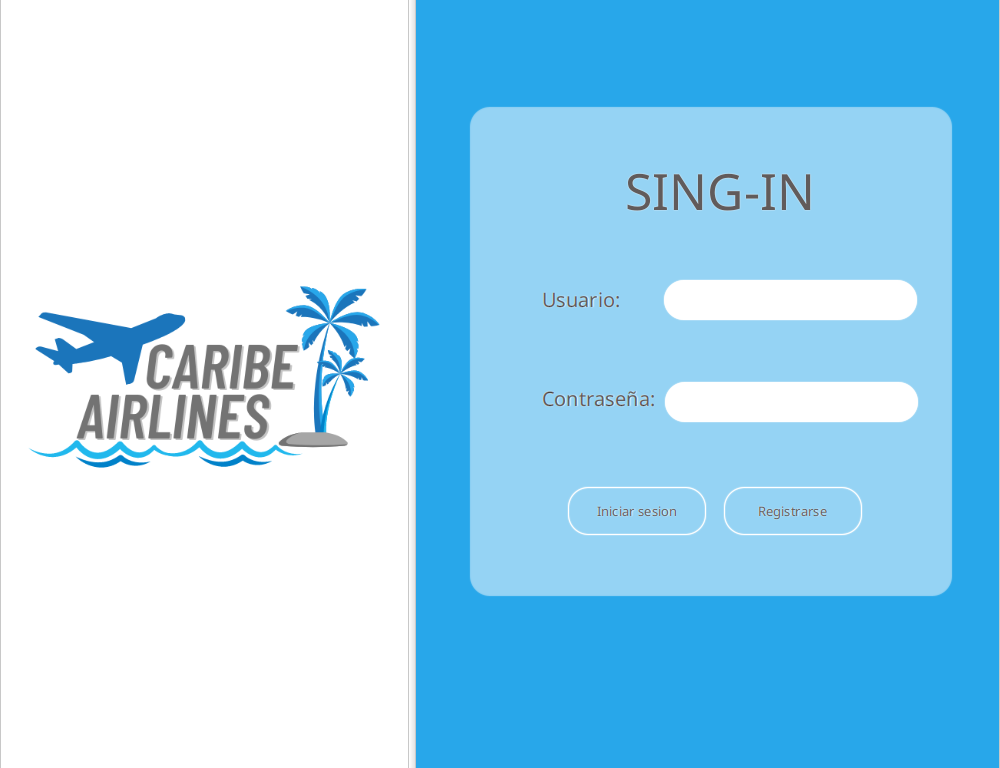
Repository: MiguelNietox/CaribeAirlines
Program's window: java workSpace/co.edu.uniquindio.estructurasDatos.ProyectoFinal/src/co/edu/uniquindio/estructurasDatos/ProyectoFinal/aplication/Aplicacion.java
These files come from the project's save history. The program's window is drawn as it stood at one moment and after the next save; the edit follows.
It runs on Java 21 on a 1366 x 768 screen with JavaFX 11; the title bar is not drawn. Parts beyond the screen are cut off. It also reads workSpace/co.edu.uniquindio.estructurasDatos.ProyectoFinal/src/co/edu/uniquindio.

Above is the program's window before, as saved 2022-04-29 07:08:37.

### workSpace/co.edu.uniquindio.estructurasDatos.ProyectoFinal/src/co/edu/uniquindio/estructurasDatos/ProyectoFinal/aplication/Aplicacion.java
package co.edu.uniquindio.estructurasDatos.ProyectoFinal.aplication;

import java.io.IOException;

import co.edu.uniquindio.estructurasDatos.ProyectoFinal.controllers.LoginViewController;
import javafx.application.Application;
import javafx.fxml.FXMLLoader;
import javafx.scene.Scene;
import javafx.scene.layout.AnchorPane;
import javafx.stage.Stage;

public class Aplicacion extends Application {

	//Atributos de la clase Aplicacion

	private Stage stage;

	//Metodo Star de la clase Aplicacion

	@Override
	public  void start(Stage primaryStage) throws Exception {

		this.stage = primaryStage;
		this.stage.setTitle("Marketplace Online");

		mostrarVentanaLogin();
	}

	/**
	 * Este es el metodo main de la clase aplicacion
	 * @param args
	 */
	public static void main(String[] args) {
		launch(args);
	}

	//-------------------------------------------------Metodos-De-Interfaces--------------------------------------------------------

	/**
	 * Este metodo muestra la interface de login de la aplicacion
	 */
	public void mostrarVentanaLogin() {

		try {
			FXMLLoader loader = new FXMLLoader();
			loader.setLocation(Aplicacion.class.getResource("../views/loginView.fxml"));

			AnchorPane rootLayout =  loader.load();

			LoginViewController loginViewController = loader.getController();
			loginViewController.setAplicacion(this);

			Scene scene = new Scene(rootLayout);
			scene.getStylesheets().add(getClass().getResource("../aplication/application.css").toExternalForm());
			stage.setScene(scene);
			stage.show();



		} catch (IOException e) {
			// TODO Auto-generated catch block
			e.printStackTrace();
		}
	}
}

### workSpace/co.edu.uniquindio.estructurasDatos.ProyectoFinal/src/co/edu/uniquindio/estructurasDatos/ProyectoFinal/controllers/LoginViewController.java
package co.edu.uniquindio.estructurasDatos.ProyectoFinal.controllers;


import co.edu.uniquindio.estructurasDatos.ProyectoFinal.aplication.Aplicacion;
import java.net.URL;
import java.util.ResourceBundle;

import javafx.animation.FadeTransition;
import javafx.animation.Interpolator;
import javafx.animation.TranslateTransition;
import javafx.event.ActionEvent;
import javafx.fxml.FXML;
import javafx.scene.control.Button;
import javafx.scene.control.ComboBox;
import javafx.scene.control.PasswordField;
import javafx.scene.control.TextField;
import javafx.scene.layout.Pane;
import javafx.util.Duration;

public class LoginViewController {

    @FXML
    private ResourceBundle resources;

    @FXML
    private URL location;

    @FXML
    private Button btnIniciarSesion;

    @FXML
    private TextField txtNickUsuario;

    @FXML
    private ComboBox<String> comboTipoUsuarioRegistro;

    @FXML
    private PasswordField textContraseña;

    @FXML
    private TextField txtNombreUsuarioRegistro;

    @FXML
    private Button btnCancelar;

    @FXML
    private Pane paneIniciarSesion;

    @FXML
    private Pane paneRegistro;

    @FXML
    private Button btnRegistrar;

    @FXML
    private Button btnRegistrarse;

    @FXML
    private PasswordField txtContraseñaRegistro;

    @FXML
    void iniciarSesionAction(ActionEvent event) {

    }

    @FXML
    void registrarAction(ActionEvent event) {

    }

    @FXML
    void registrarseAction(ActionEvent event) {
    	mostrarPaneRegistro();
    }

    @FXML
    void cancelarAction(ActionEvent event) {
    	mostrarPaneIniciarSesion();
    }

	@FXML
    void initialize() {
		mostrarPaneIniciarSesion();


    }

	public void setAplicacion(Aplicacion aplicacion) {
		mostrarPaneIniciarSesion();
	}

	private void mostrarPaneRegistro() {
		paneRegistro.setTranslateX(-2);
		paneRegistro.setTranslateY(100);
		paneIniciarSesion.setVisible(false);
		paneRegistro.setVisible(true);
		aparecerVentanaRegistro();
	}

	private void mostrarPaneIniciarSesion() {
		paneIniciarSesion.setVisible(true);
		paneIniciarSesion.setTranslateX(-2);
		paneIniciarSesion.setTranslateY(100);
		paneRegistro.setVisible(false);
		aparecerVentanaIniciarSesion();
	}

	private void aparecerVentanaRegistro() {

		FadeTransition fade = new FadeTransition();
		TranslateTransition translate = new TranslateTransition();

		fade.setNode(paneRegistro);
		fade.setDuration(Duration.millis(1500));
		fade.setInterpolator(Interpolator.LINEAR);
		fade.setFromValue(0);
		fade.setToValue(1);

		translate.setNode(paneRegistro);
		translate.setByY(-126);
		translate.setDuration(Duration.millis(1500));

		fade.play();
		translate.play();
	}

	private void aparecerVentanaIniciarSesion() {

		System.out.println(paneIniciarSesion.getLayoutX());
		System.out.println(paneIniciarSesion.getLayoutY());
		FadeTransition fade = new FadeTransition();
		TranslateTransition translate = new TranslateTransition();

		fade.setNode(paneIniciarSesion);
		fade.setDuration(Duration.millis(1500));
		fade.setInterpolator(Interpolator.LINEAR);
		fade.setFromValue(0);
		fade.setToValue(1);

		translate.setNode(paneIniciarSesion);
		System.out.println(translate.getByY());
		translate.setByY(-126);
		translate.setDuration(Duration.millis(1500));

		fade.play();
		translate.play();
	}

}

### workSpace/co.edu.uniquindio.estructurasDatos.ProyectoFinal/src/co/edu/uniquindio/estructurasDatos/ProyectoFinal/views/loginView.fxml
<?xml version="1.0" encoding="UTF-8"?>

<?import javafx.scene.effect.*?>
<?import javafx.scene.paint.*?>
<?import java.lang.*?>
<?import javafx.scene.control.*?>
<?import javafx.scene.image.*?>
<?import javafx.scene.layout.*?>
<?import javafx.scene.text.*?>
<?import javafx.scene.control.Button?>
<?import javafx.scene.control.PasswordField?>
<?import javafx.scene.control.SplitPane?>
<?import javafx.scene.image.Image?>
<?import javafx.scene.image.ImageView?>
<?import javafx.scene.layout.AnchorPane?>
<?import javafx.scene.layout.Pane?>
<?import javafx.scene.text.Text?>

<AnchorPane prefHeight="800.0" prefWidth="1000.0" xmlns="http://javafx.com/javafx/8" xmlns:fx="http://javafx.com/fxml/1" fx:controller="co.edu.uniquindio.estructurasDatos.ProyectoFinal.controllers.LoginViewController">
   <children>
      <FlowPane prefHeight="200.0" prefWidth="200.0" />
      <SplitPane dividerPositions="0.4118236472945892" layoutY="-3.0" prefHeight="806.0" prefWidth="1000.0">
        <items>
          <AnchorPane minHeight="0.0" minWidth="0.0" prefHeight="804.0" prefWidth="402.0" style="-fx-background-color: #ffffff;">
               <children>
                  <ImageView fitHeight="425.0" fitWidth="384.0" layoutX="12.0" layoutY="238.0" pickOnBounds="true" preserveRatio="true">
                     <image>
                        <Image url="@../images/Caribe.png" />
                     </image>
                  </ImageView>
               </children>
            </AnchorPane>
          <AnchorPane minHeight="0.0" minWidth="0.0" prefHeight="160.0" prefWidth="100.0" style="-fx-background-color: #28A7EA;">
               <children>
                  <Pane fx:id="paneIniciarSesion" layoutX="56.0" layoutY="156.0" prefHeight="489.0" prefWidth="482.0" styleClass="loginPane">
                     <children>
                        <Text fill="#615b5b" layoutX="155.0" layoutY="103.0" strokeType="OUTSIDE" strokeWidth="0.0" styleClass="login-title" text="SING-IN" />
                        <Button fx:id="btnIniciarSesion" layoutX="98.0" layoutY="380.0" mnemonicParsing="false" onAction="#iniciarSesionAction" prefHeight="48.0" prefWidth="138.0" styleClass="btn-login" text="Iniciar sesion" />
                        <Button fx:id="btnRegistrarse" layoutX="254.0" layoutY="380.0" mnemonicParsing="false" onAction="#registrarseAction" prefHeight="48.0" prefWidth="138.0" styleClass="btn-login" text="Registrarse" />
                        <TextField fx:id="txtNickUsuario" layoutX="194.0" layoutY="173.0" prefHeight="40.0" prefWidth="253.0" styleClass="fieldsText" />
                        <VBox layoutX="72.0" layoutY="178.0" spacing="70.0">
                           <children>
                              <Label layoutX="74.0" layoutY="178.0" styleClass="text-login" text="Usuario:" />
                              <Label layoutX="72.0" layoutY="282.0" styleClass="text-login" text="Contraseña:" />
                           </children>
                        </VBox>
                        <PasswordField fx:id="txtContrasenia" layoutX="195.0" layoutY="275.0" styleClass="fieldsText" />
                     </children></Pane>
                  <Pane fx:id="paneRegistro" layoutX="56.0" layoutY="156.0" prefHeight="489.0" prefWidth="482.0" styleClass="loginPane" visible="false">
                     <children>
                        <Text fill="#615b5b" layoutX="155.0" layoutY="103.0" strokeType="OUTSIDE" strokeWidth="0.0" styleClass="login-title" text="SING-UP" />
                        <VBox layoutX="200.0" layoutY="165.0" spacing="30.0">
                           <children>
                              <ComboBox fx:id="comboTipoUsuarioRegistro" layoutX="200.0" layoutY="176.0" prefWidth="150.0" styleClass="fieldsText" />
                              <TextField fx:id="txtNombreUsuarioRegistro" layoutX="203.0" layoutY="240.0" prefHeight="40.0" prefWidth="253.0" styleClass="fieldsText" />
                              <PasswordField fx:id="txtContraseñaRegistro" layoutX="203.0" layoutY="308.0" prefHeight="40.0" prefWidth="253.0" styleClass="fieldsText" />
                           </children>
                        </VBox>
                        <VBox layoutX="34.0" layoutY="169.0" spacing="40.0">
                           <children>
                              <Label layoutX="34.0" layoutY="181.0" styleClass="text-login" text="Tipo de usuario:" />
                              <Label layoutX="34.0" layoutY="247.0" styleClass="text-login" text="Nombre usuasio:" />
                              <Label layoutX="34.0" layoutY="316.0" styleClass="text-login" text="Contraseña:" />
                           </children>
                        </VBox>
                        <Button fx:id="btnRegistrar" layoutX="102.0" layoutY="399.0" mnemonicParsing="false" onAction="#registrarAction" styleClass="btn-login" text="Registrar" />
                        <Button fx:id="btnCancelar" layoutX="253.0" layoutY="399.0" mnemonicParsing="false" onAction="#cancelarAction" styleClass="btn-login" text="Cancelar" />
                     </children>
                  </Pane>
               </children>
            </AnchorPane>
        </items>
      </SplitPane>
   </children>
</AnchorPane>

### workSpace/co.edu.uniquindio.estructurasDatos.ProyectoFinal/src/co/edu/uniquindio/estructurasDatos/ProyectoFinal/aplication/application.css
.login-title{
	-fx-text-fill: #615b5b;
	-fx-font-size: 50px;
}


.loginPane{
	-fx-background-color: rgba(255,255,255,0.30);
	-fx-background-radius: 20;
	-fx-effect: dropshadow(gaussian, white, 2px, 0, 0, 0);
}

.text-login{
	-fx-font-size: 20px;
	-fx-text-fill:#615b5b;
}

.fieldsText{
	-fx-background-color:white;
	-fx-background-radius:20px;
	-fx-border-radius:20px;
	-fx-pref-height:40px;
	-fx-pref-width:253px;
}

.btn-login{
	-fx-border-color:white;
	-fx-background-color:transparent;
	-fx-background-radius:20px;
	-fx-border-radius:20px;
	-fx-text-fill: #615b5b;
	-fx-pref-height:48px;
	-fx-pref-width:138px;
}

.btn-login:hover {
  -fx-background-color:#1B75BB;
  -fx-border-color:transparent;
  	-fx-text-fill: white;

}

After the next save:
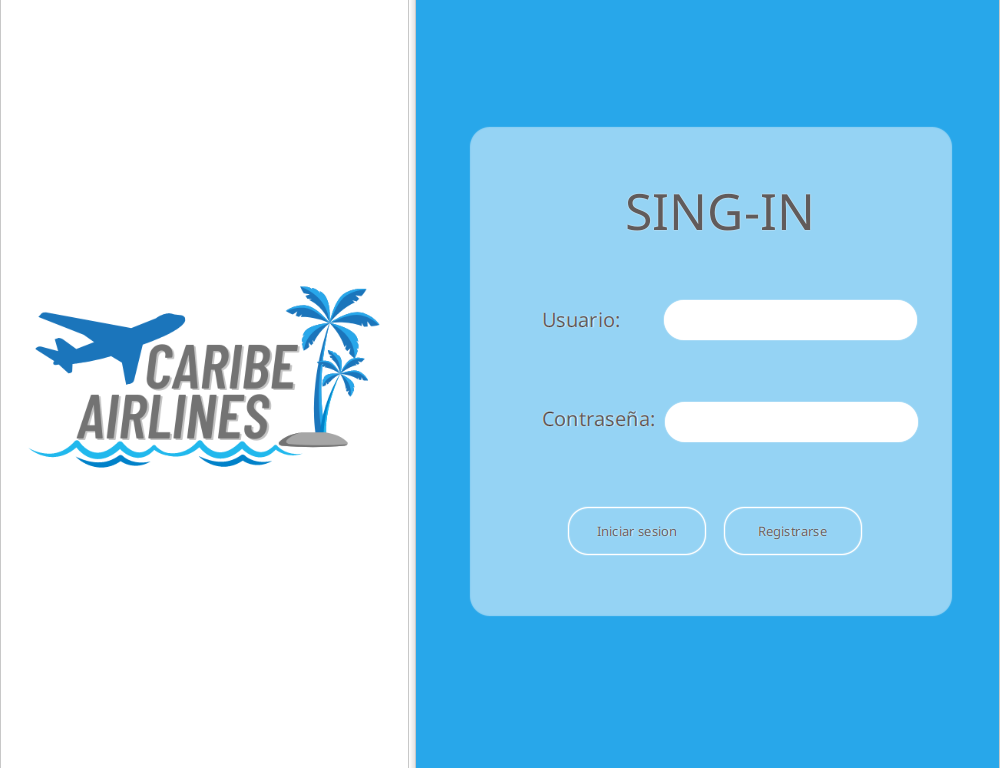
Saved 14 s later.
--- a/workSpace/co.edu.uniquindio.estructurasDatos.ProyectoFinal/src/co/edu/uniquindio/estructurasDatos/ProyectoFinal/controllers/LoginViewController.java
+++ b/workSpace/co.edu.uniquindio.estructurasDatos.ProyectoFinal/src/co/edu/uniquindio/estructurasDatos/ProyectoFinal/controllers/LoginViewController.java
@@ -100,7 +100,7 @@
 	private void mostrarPaneIniciarSesion() {
 		paneIniciarSesion.setVisible(true);
 		paneIniciarSesion.setTranslateX(-2);
-		paneIniciarSesion.setTranslateY(100);
+		paneIniciarSesion.setTranslateY(120);
 		paneRegistro.setVisible(false);
 		aparecerVentanaIniciarSesion();
 	}
